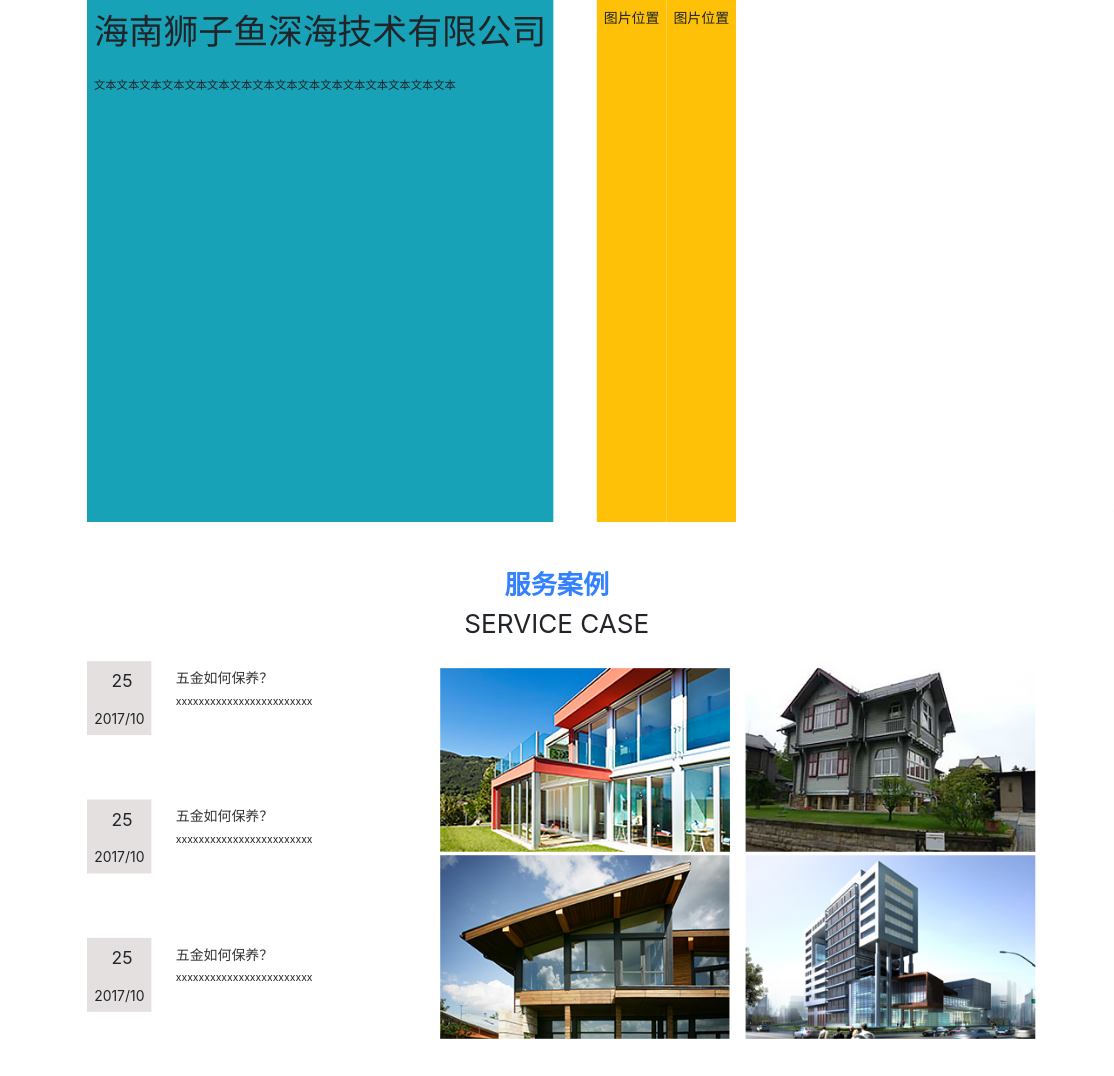
Repository: Noitom/Hadalsnailfish
Page: src/main/resources/static/html/main.html
The author's editor kept a copy of each file at every save. The page is drawn from the files as they stood at one save, then again after the next save.
The browser window is 1280 px wide. The pictures show the whole page, at 87% of full size.

Above is the page before, as saved 2021-12-14 18:04:07.
Console error: TypeError: Cannot read properties of undefined (reading 'offsetTop')

After the next save:
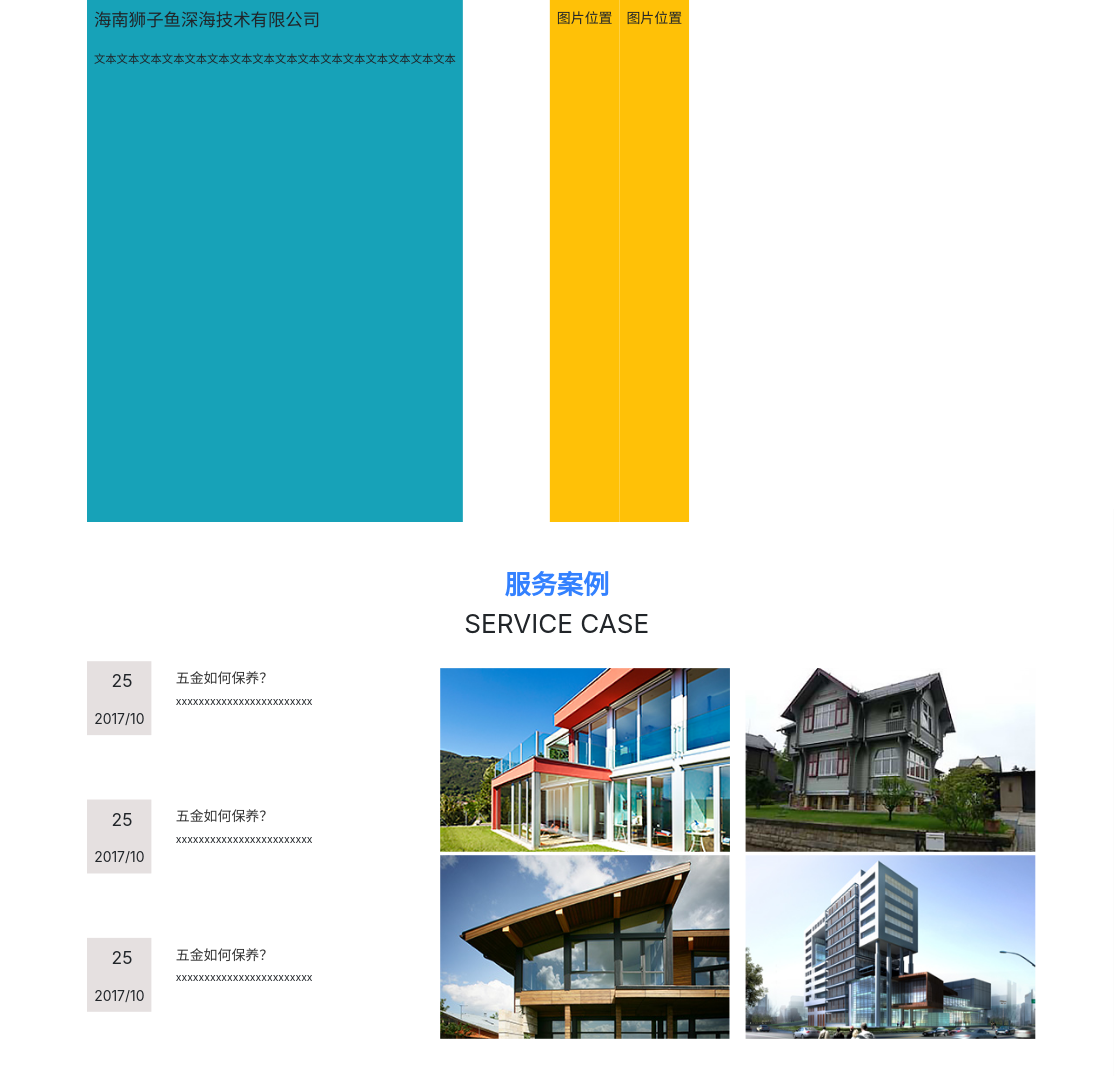
Saved 19 s later.
--- a/src/main/resources/static/css/cl-css.css
+++ b/src/main/resources/static/css/cl-css.css
@@ -146,10 +146,10 @@ a:hover{
 
  }
  .szy-tow-1{
-    margin-right: 50px
+    margin-right: 100px
  }
 .szy-tow-1 p{
-    font-size: 40px;
+    font-size: 20px;
     font-family: 微软雅黑;
 }
 .szy-tow-1 span {
